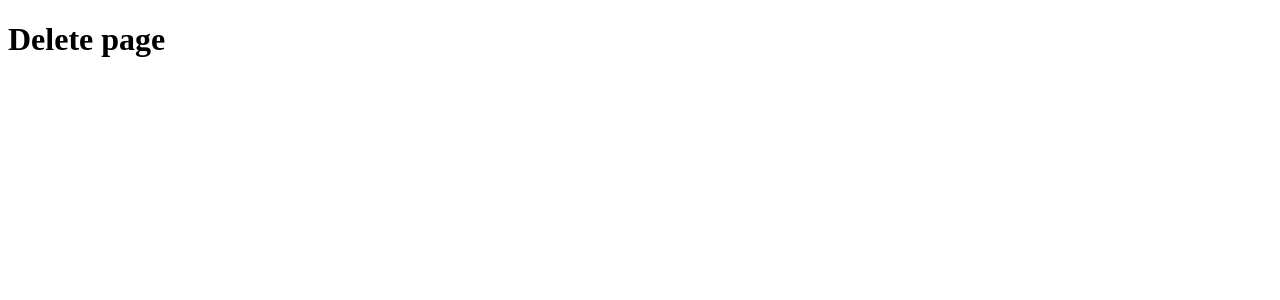
Repository: deepak-misal/servlet
Page: http://localhost/student-mvc-app/delete.jsp
An editor plug-in stored every save of this project. The page is shown before and after the next save, followed by the edit.
The browser window is 1280 px wide. The pictures show the whole page.
The page is served by Tomcat 9.

Above is the page before, as saved 2021-07-27 05:35:00.

After the next save:
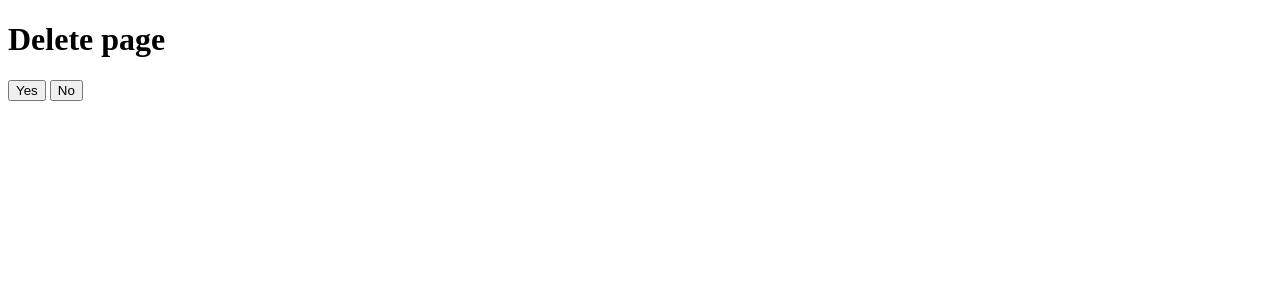
Saved 4 min 12 s later.
--- a/student-mvc-app/WebContent/delete.jsp
+++ b/student-mvc-app/WebContent/delete.jsp
@@ -8,5 +8,10 @@
 </head>
 <body>
 <h1>Delete page</h1>
+<form method="POST">
+<button type="submit" name="yes">Yes</button>
+<button type="submit" name="no">No</button>
+
+</form>
 </body>
 </html>
